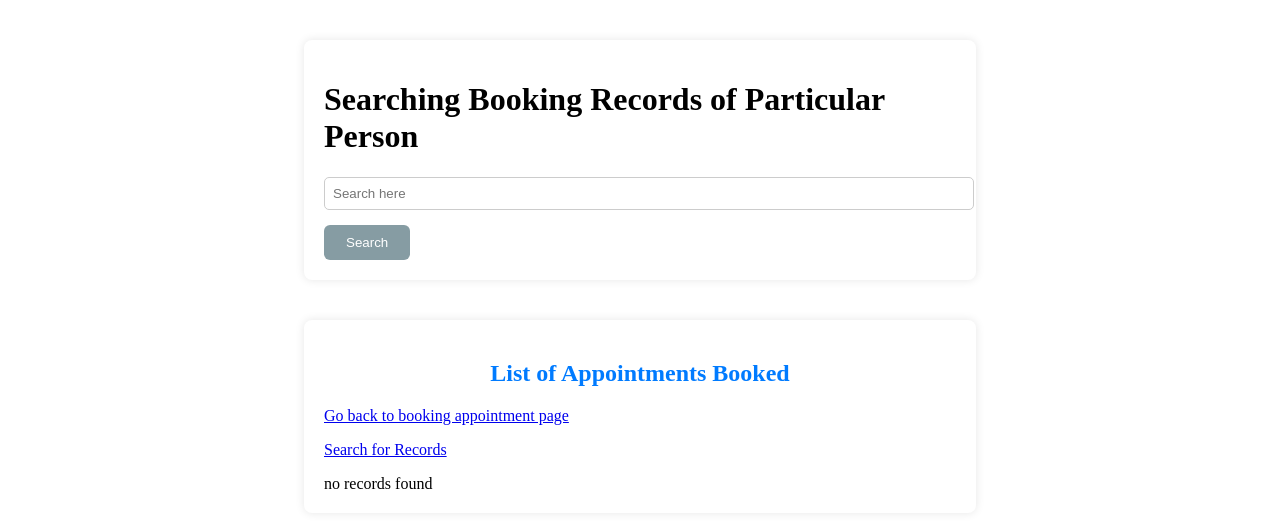
Repository: Arisha004/Hospital-Appointment-Management-System
Page: http://localhost/list2.php
The author's editor kept a copy of each file at every save. The page is drawn from the files as they stood at one save, then again after the next save.
The browser window is 1280 px wide. The pictures show the whole page.
The page is run by PHP 8.4 with error messages shown; the project is at /var/www/html/. Queries for data that is not in the repository find no rows.

Above is the page before, as saved 2025-10-25 00:59:17.

### list2.php
<?php
include 'db.php';
$sql="select * from appointments";
$result=$conn->query($sql);


?>

<?php
include 'db.php';
  if(isset($_GET['search'])){
    $filteredvalues=$_GET['search'];
    $sql = "SELECT * FROM appointments
        WHERE CONCAT(full_name, ' ', email) LIKE '%$filteredvalues%'";
    $result=$conn->query($sql);

    }


?>
<!DOCTYPE html>
<html lang="en">
<head>
    <meta charset="UTF-8">
    <meta name="viewport" content="width=device-width, initial-scale=1.0">
    <title>Document</title>
  <link rel="stylesheet" href="style2.css">


</head>
<body>

        <form action="" method="get">
<div class="container1">
    <h1>Searching Booking Records of Particular Person</h1>


    <input type="text" name="search" required value="<?php if(isset($_GET['search'])){
    echo $_GET['search'];
}?>" placeholder="Search here">
    <button type="submit">Search</button>

</div>
</form>

      <div class="container1">
    <h2>List of Appointments Booked</h1>

    <p><a href="index.php"> Go back to booking appointment page</a></p>
    <p><a href="searching.php"> Search for Records </a></p>

   <?php


if (isset($result) && $result->num_rows > 0){

echo "<table border='1' cellpadding='10'>";
  echo   "<tr>
    <th>ID</th>
    <th>Name</th>
    <th>Email</th>

    <th>Action</th>

    </tr>";
  while($items = $result->fetch_assoc()) {


        echo "<tr>";

    echo "<td>".$items["id"]."</td>";
    echo "<td>".$items["full_name"]."</td>";
    echo "<td>".$items["email"]."</td>";
      echo "<td><a href='detail.php?id=$items[id]'>More Info</a><br><br>
    <a href='update.php?id=$items[id]'>Update</a><br><br>
    <a href='delete.php?id=$items[id]'>Delete</a>
    </td>";

       echo "</tr>";

        }

    echo "</table>";
   }
    elseif (isset($_GET['search'])){
        echo "No Record Found";
    }



    else{
        echo "no records found";
    }

?>

</div>
</body>
</html>

### db.php
<?php

$servername = "localhost";
$username = "root";
$password = "";
$dbname="midterm";

$conn=new mysqli($servername, $username, $password,$dbname);
if($conn->connect_error){
    die("Connection failed: " . $conn->connect_error);
}


?>

### style2.css

  .container1 { width: 50%; margin: 40px auto; background: #fff; padding: 20px; border-radius: 8px; box-shadow: 0 0 10px rgba(0,0,0,0.1); }
  h2 { text-align: center; color: #007bff; }
  label { font-weight: bold; display: block; margin-bottom: 5px; }
  input, select, textarea {
      width: 100%;
      padding: 8px;
      margin-bottom: 15px;
      border: 1px solid #ccc;
      border-radius: 5px;
  }

  button{

  display: inline-block;
  background-color: #869CA3;
  color: #fff;
  padding: 10px 22px;
  border: none;
  border-radius: 6px;
  cursor: pointer;
  font-weight: 500;

  transition: 0.3s;
   text-align: center;
}

button:hover {
  background-color: #7498a3;
  transform: translateY(-2px);
}

  input[type=submit] {
      background-color: #007bff;
      color: white;
      border: none;
      padding: 10px 15px;
      cursor: pointer;
      border-radius: 5px;
  }
  input[type=submit]:hover {
      background-color: #0056b3;
  }
  select[name="status"] {
    background-color: #f8f9fa;
    color: #495057;
    padding: 8px;
    margin-bottom: 15px;
    border: 1px solid #ced4da;
    border-radius: 5px;
    width: 100%;
}

select[name="status"] option[value="Pending"] { color: #ffc107; }
select[name="status"] option[value="Confirmed"] { color: #28a745; }
select[name="status"] option[value="Cancelled"] { color: #dc3545; }
select[name="status"] option[value="Completed"] { color: #17a2b8; }

After the next save:
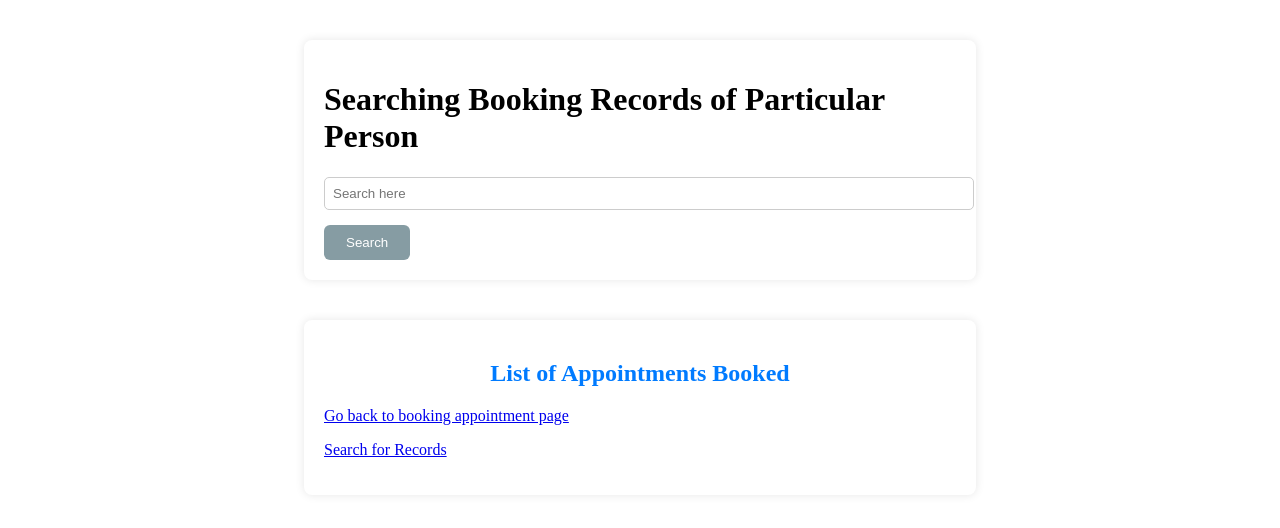
Saved 6 s later.
--- a/list2.php
+++ b/list2.php
@@ -88,9 +88,7 @@ echo "<table border='1' cellpadding='10'>";
 
 
 
-    else{
-        echo "no records found";
-    }
+
 
 ?>
 
